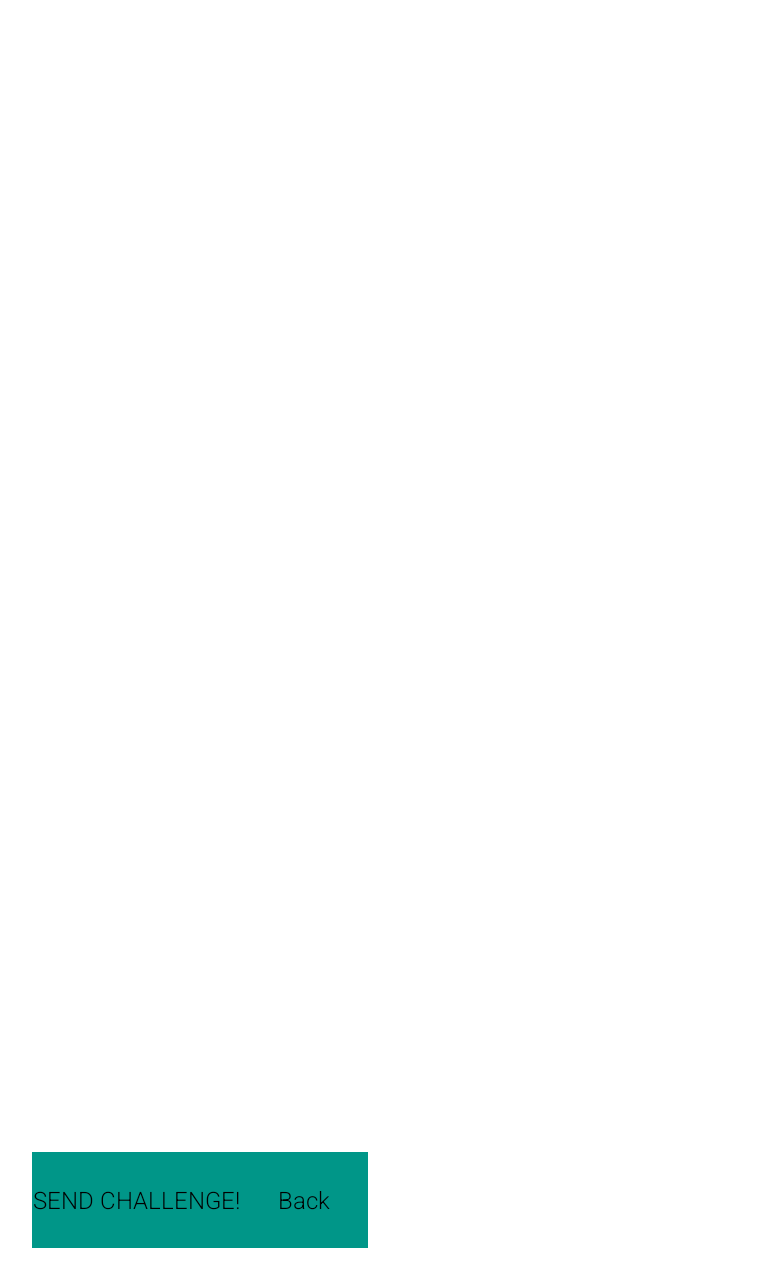
Repository: MikeFynes/ChallengeAccepted
Layout: ChallengeAcceptedFrontEnd/ChallengeDemo/res/layout/activity_challenger.xml
These files come from the project's save history. The layout is drawn as it stood at one moment and after the next save; the edit follows.
It is drawn on a 768 x 1280 px phone screen (xhdpi) without system bars, with theme AppTheme; the app's code is not run.

Above is the layout before, as saved 2014-12-09 16:58:40.

### ChallengeAcceptedFrontEnd/ChallengeDemo/res/layout/activity_challenger.xml
<?xml version="1.0" encoding="utf-8"?>
<RelativeLayout xmlns:android="http://schemas.android.com/apk/res/android"
    xmlns:tools="http://schemas.android.com/tools" android:layout_width="match_parent"
    android:layout_height="match_parent" android:paddingLeft="@dimen/activity_horizontal_margin"
    android:paddingRight="@dimen/activity_horizontal_margin"
    android:paddingTop="@dimen/activity_vertical_margin"
    android:paddingBottom="@dimen/activity_vertical_margin" tools:context=".Start"
    android:id="@+id/startView"
    >
<LinearLayout
    android:layout_width="match_parent"
    android:layout_height="match_parent"
    android:orientation="vertical" >
   <TextView        android:id="@+id/chall_title"
        android:layout_width="fill_parent"
        android:layout_height="wrap_content"
        android:padding="25sp"
        android:textStyle="bold"
        android:gravity="center"/>
    <TextView        android:id="@+id/chall_desc"
        android:layout_width="fill_parent"
        android:layout_height="wrap_content"
        android:padding="25sp"

        android:gravity="center" />

</LinearLayout>
<Button   android:layout_width="wrap_content"
        android:layout_height="wrap_content"
        android:id="@+id/btnChallenge"
        android:text="@string/btnChallenge"
    android:layout_alignParentBottom="true"

    />
<Button   android:layout_width="wrap_content"
        android:layout_height="wrap_content"
        android:id="@+id/btnBack"
        android:text="@string/btnBack"
        android:layout_above="@id/btnChallenge"
        android:layout_toRightOf="@id/btnChallenge"
     android:layout_alignParentBottom="true"

    />
</RelativeLayout>

### ChallengeAcceptedFrontEnd/ChallengeDemo/res/values/styles.xml
<?xml version="1.0" encoding="utf-8"?>
<!-- File created by the Android Action Bar Style Generator

     Copyright (C) 2011 The Android Open Source Project
     Copyright (C) 2012 readyState Software Ltd

     Licensed under the Apache License, Version 2.0 (the "License");
     you may not use this file except in compliance with the License.
     You may obtain a copy of the License at

          http://www.apache.org/licenses/LICENSE-2.0

     Unless required by applicable law or agreed to in writing, software
     distributed under the License is distributed on an "AS IS" BASIS,
     WITHOUT WARRANTIES OR CONDITIONS OF ANY KIND, either express or implied.
     See the License for the specific language governing permissions and
     limitations under the License.
-->

<resources xmlns:android="http://schemas.android.com/apk/res/android">

    <style name="AppTheme" parent="@android:style/Theme.Holo.Light">
<item name="android:actionBarTabStyle">@style/MyActionBarTabsIndicator</item>

        <item name="android:actionBarStyle">@style/MyActionBar</item>
        <item name="android:actionBarTabTextStyle">@style/MyActionBarTabText</item>

        <item name="android:actionMenuTextColor">@style/MyActionBarTitleText</item>
        <item name="android:textViewStyle">@style/RobotoTextViewStyle</item>
        <item name="android:buttonStyle">@style/RobotoButtonStyle</item>

    </style>



    <style name="RobotoTextViewStyle" parent="android:Widget.TextView">
    <item name="android:fontFamily">sans-serif-light</item>
     <item name="android:textSize">12sp</item>
</style>

<style name="RobotoButtonStyle" parent="android:Widget.Holo.Button">
    <item name="android:fontFamily">sans-serif-light</item>
     <item name="android:textSize">12sp</item>
     <item name="android:textColor">@color/black</item>
     <item name="android:background">@drawable/tab_indicator</item>
</style>

 <style name="MyActionBarTabsIndicator"
        parent="android:Widget.Holo.Light.ActionBar.TabView">
        <!-- tab indicator -->
        <item name="android:state_pressed">true</item>
        <item name="android:background">@drawable/tab_indicator</item>
    </style>

    <!-- ActionBar styles -->
    <style name="MyActionBar"
        parent="android:Widget.Holo.Light.ActionBar">

        <item name="android:background" >@color/actionbar</item>
        </style>

    <!-- ActionBar title text -->
    <style name="MyActionBarTitleText"
        parent="android:TextAppearance.Holo.Widget.ActionBar.Title">
        <item name="android:textColor">@color/black</item>
    </style>



    <!-- ActionBar tabs text styles -->
    <style name="MyActionBarTabText"
        parent="android:Widget.Holo.ActionBar.TabText">
        <item name="android:textColor">@color/black</item>
    </style>



</resources>

### ChallengeAcceptedFrontEnd/ChallengeDemo/res/values/color.xml
<?xml version="1.0" encoding="utf-8"?>
<resources>

    <color name="white">#FFFFFF</color>
    <color name="black">#000000</color>

<!--      CHALLENGES COLOURS -->
    <color name="selected_cat">#00695C</color>
    <color name="list_selected_chall">#B2DFDB</color>

<!--     ACTIONBAR COLOURS -->
    <color name="actionbar">#009688</color>


</resources>

### ChallengeAcceptedFrontEnd/ChallengeDemo/res/drawable/tab_indicator.xml
<?xml version="1.0" encoding="utf-8"?>
<selector xmlns:android="http://schemas.android.com/apk/res/android" >
    <!-- STATES WHEN BUTTON IS NOT PRESSED -->

    <!-- Non focused states -->
    <item android:state_focused="false" android:state_selected="false"
        android:state_pressed="false"
        android:drawable="@color/actionbar" />
    <item android:state_focused="false" android:state_selected="true"
        android:state_pressed="false"
        android:drawable="@color/list_selected_chall" />

    <!-- Focused states (such as when focused with a d-pad or mouse hover) -->
    <item android:state_focused="true" android:state_selected="false"
        android:state_pressed="false"
        android:drawable="@color/actionbar" />
    <item android:state_focused="true" android:state_selected="true"
        android:state_pressed="false"
        android:drawable="@color/list_selected_chall" />


    <!-- STATES WHEN BUTTON IS PRESSED -->

    <!-- Non focused states -->
    <item android:state_focused="false" android:state_selected="false"
        android:state_pressed="true"
        android:drawable="@color/actionbar" />
    <item android:state_focused="false" android:state_selected="true"
        android:state_pressed="true"
        android:drawable="@color/list_selected_chall" />

    <!-- Focused states (such as when focused with a d-pad or mouse hover) -->
    <item android:state_focused="true" android:state_selected="false"
        android:state_pressed="true"
        android:drawable="@color/list_selected_chall" />
    <item android:state_focused="true" android:state_selected="true"
        android:state_pressed="true"
        android:drawable="@color/list_selected_chall" />

</selector>

### ChallengeAcceptedFrontEnd/ChallengeDemo/res/values/strings.xml
<?xml version="1.0" encoding="utf-8"?>
<resources>
	<string name="image_context">image</string>
    <string name="app_name">Challenger</string>
    <string name="start_select_user">Select User</string>
    <string name="select_challenge">Select Challenge</string>
    <string name="select_category">Select Category</string>
    <string name="action_settings">Settings</string>

      <string name="text_accepted">ACCEPTED</string>
    <string name="text_received">RECEIVED</string>

    <string name="tab_lbl_my_challenges">My Challenges</string>
    <string name="tab_lbl_scoreboard">Scoreboard</string>
    <string name="tab_lbl_create_challenge">Challenge</string>
    <string name="tab_lbl_welcome">Welcome</string>
    <string name="btn_accept">Accept</string>
    <string name="btn_decline">Decline</string>



    <string name="btn_complete">Complete</string>
    <string name="no_challTitle">No Challenge Yet</string>
    <string name="no_challDesc">No Challenge has been issued</string>
    <string name="btnChallenge">SEND CHALLENGE!</string>
    <string name="btnBack">Back</string>
    <string name="btn_add_user">Add User</string>

    <string name="challenge_title">CHALLENGE</string>
    <string name="challenge_points">POINTS</string>

      <string name="user_points">Score</string>
  		<string name="user_name">Name</string>

  		<string name="fill_form">Enter details below and click complete to add a user</string>
  		<string name="add_name">User Name</string>


  		<string name="welcome_start">Welcome</string>
  		<string name="welcome_from_start">Navigate through tabs to challenges!</string>

  		<string name="welcome_response">Response Logged!</string>
  		<string name="welcome_from_response">Your response has been added!</string>

  		  		<string name="welcome_complete">Challenge Complete</string>
  		<string name="welcome_from_complete">You go girl!</string>

  		  		<string name="welcome_sent">Challenge Sent</string>
  		<string name="welcome_from_sent">Oooooooooooh!</string>
</resources>

Loaded but not shown: ChallengeAcceptedFrontEnd/ChallengeDemo/res/values/dimens.xml (common file)

After the next save:
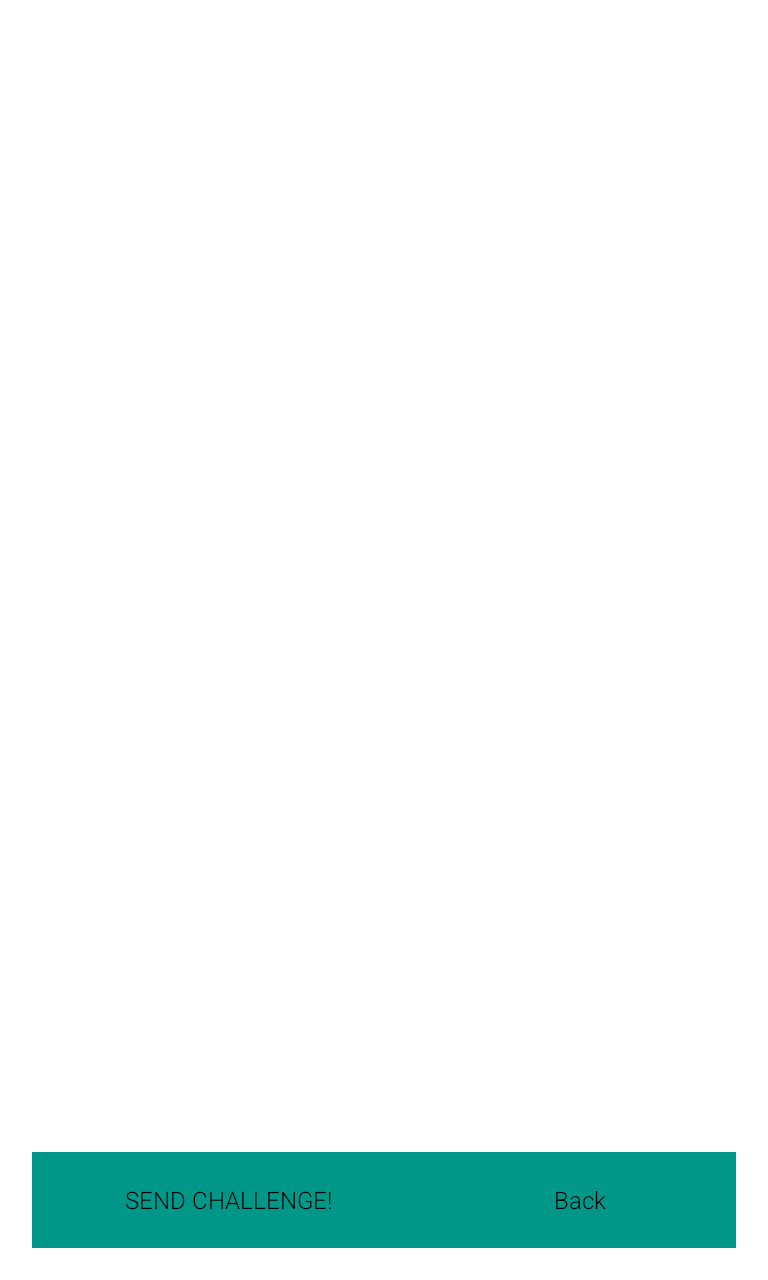
Saved 4 min 5 s later.
--- a/ChallengeAcceptedFrontEnd/ChallengeDemo/res/layout/activity_challenger.xml
+++ b/ChallengeAcceptedFrontEnd/ChallengeDemo/res/layout/activity_challenger.xml
@@ -25,20 +25,27 @@
         android:gravity="center" />
 
 </LinearLayout>
+        <LinearLayout
+            android:id="@+id/my_button_view"
+                    android:layout_width="fill_parent"
+        android:layout_height="wrap_content"
+
+        android:layout_alignParentBottom="true"
+        android:orientation="horizontal">
+
 <Button   android:layout_width="wrap_content"
         android:layout_height="wrap_content"
         android:id="@+id/btnChallenge"
         android:text="@string/btnChallenge"
-    android:layout_alignParentBottom="true"
+    	android:layout_weight="1"
 
     />
 <Button   android:layout_width="wrap_content"
         android:layout_height="wrap_content"
         android:id="@+id/btnBack"
         android:text="@string/btnBack"
-        android:layout_above="@id/btnChallenge"
-        android:layout_toRightOf="@id/btnChallenge"
-     android:layout_alignParentBottom="true"
+        android:layout_weight="1"
 
     />
+</LinearLayout>
 </RelativeLayout>
